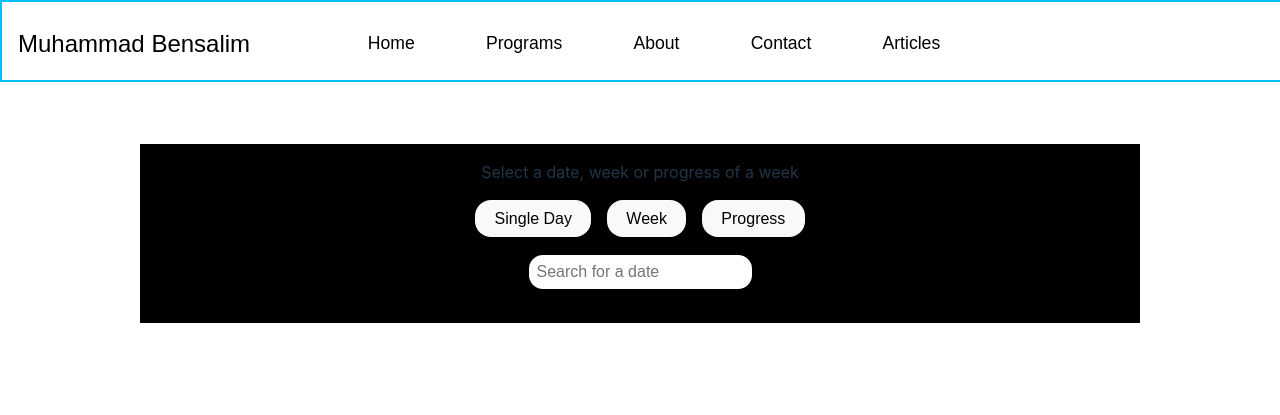
Repository: TMuse333/fitness_templates
Page: /progress, after clicking the first element matching `button`
An editor plug-in stored every save of this project. The page is shown before and after the next save, followed by the edit.
The browser window is 1280 px wide. The pictures show the whole page.
The project was rebuilt for these pictures with package versions that can differ from the ones it lists, and the page was loaded fresh each time. Also part of the build but not shown: vite.config.js, src/components/herobanner/herobanner.css, src/components/herobanner/herobanner.jsx, src/components/about/about.css, src/components/about/about.jsx, src/components/serviceOffering/serviceOffering.css, src/components/serviceOffering/serviceOffering.jsx, src/components/content/content.css and 36 more. Imported but missing from the stored project, and not drawn on this page: src/media/best_dunk.mp4.

Above is the page before, as saved 2024-03-14 18:29:17.

After the next save:
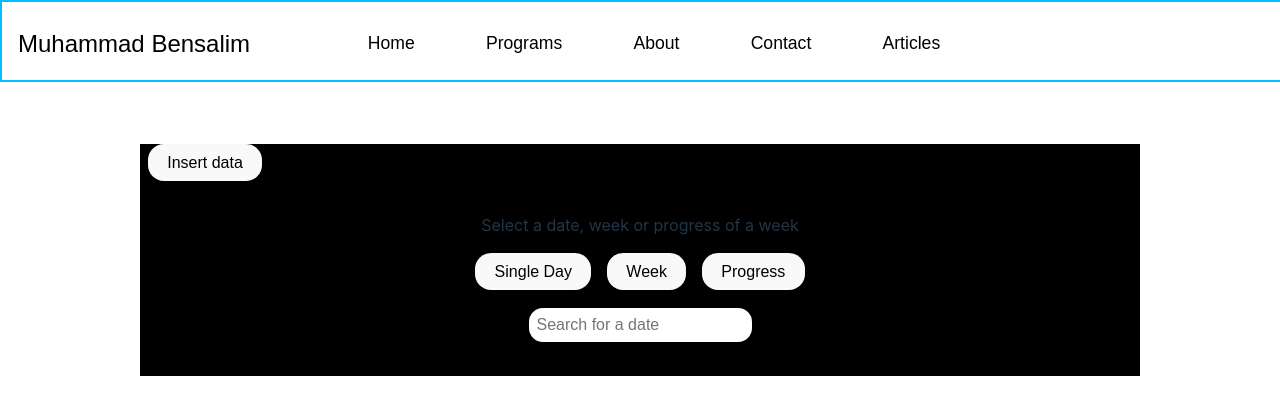
Saved 12 s later.
--- a/src/components/tracker/tracker.jsx
+++ b/src/components/tracker/tracker.jsx
@@ -58,7 +58,7 @@ setInsertData(true)
   return (
     <div className="tracker-container">
         <button onClick={handleViewData}
-        className="tracker-button data-button">
+        className="tracker-button ">
             Insert data
         </button>
       <p>{trackerText}</p>
